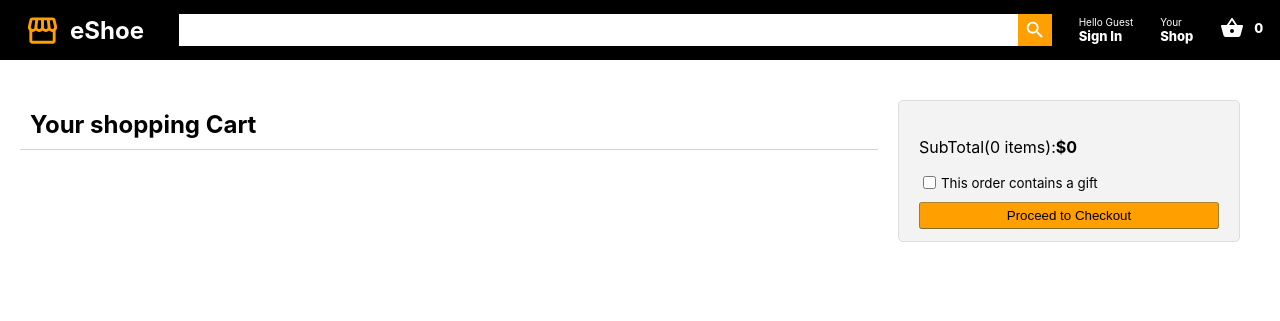
Repository: sandeepreddyvitta/react
Page: /checkout (app in eshop/)
An editor plug-in stored every save of this project. The page is shown before and after the next save, followed by the edit.
The browser window is 1280 px wide. The pictures show the whole page.
The project was rebuilt for these pictures with package versions that can differ from the ones it lists, and the page was loaded fresh each time. Also part of the build but not shown: eshop/src/components/products/product.scss, eshop/src/components/products/Product.js, eshop/src/components/home/home.scss, eshop/src/components/home/Home.js, eshop/src/components/checkOut/checkoutproduct.scss, eshop/src/components/checkOut/CheckOutProduct.js.

Above is the page before, as saved 2022-12-06 09:19:07.

### eshop/public/index.html
<!DOCTYPE html>
<html lang="en">

<head>
  <meta charset="utf-8" />
  <link rel="icon" href="%PUBLIC_URL%/favicon.ico" />
  <meta name="viewport" content="width=device-width, initial-scale=1" />
  <meta name="theme-color" content="#000000" />

  <title>React App</title>
</head>

<body>
  <noscript>You need to enable JavaScript to run this app.</noscript>
  <div id="root"></div>
</body>

</html>

### eshop/src/index.js
import React from 'react';
import ReactDOM from 'react-dom/client';
import './index.css';
import App from './App';
import reportWebVitals from './reportWebVitals';
import rootReducer, { initialState } from './components/data/reducer';
import { StateProvider } from './components/data/StateProvider';

const root = ReactDOM.createRoot(document.getElementById('root'));
root.render(
  <React.StrictMode>
    <StateProvider initialState={initialState} reducer={rootReducer}>
      <App />
    </StateProvider>
  </React.StrictMode>
);


reportWebVitals();

### eshop/src/App.js
import React, { Children } from 'react'
import Home from './components/home/Home';
import NavBar from './components/navbar/NavBar';
import CheckOut from './components/checkOut/CheckOut'
import { createBrowserRouter, RouterProvider, Route, Outlet } from 'react-router-dom'


function App() {
  const Layout = () => {
    return (
      <div>
        <NavBar />
        <>
          <Outlet />
        </>
      </div>
    )
  }

  const router = createBrowserRouter([
    {
      path: "/",
      element: <Layout />,
      children: [
        {
          path: '/',
          element: <Home />
        },
        {
          path: "/checkout",
          element: <CheckOut />
        }
      ]
    },
  ])
  return (
    <div className="App">
      <RouterProvider router={router} />
    </div>
  );
}

export default App;

### eshop/src/components/data/reducer.js
export const initialState = {
    basket: []
}

const rootReducer = (state = initialState, action) => {
    switch (action.type) {
        case "Add_To_Basket":
            return {
                ...state, basket: [...state.basket, action.item],
            }
        default:
            return { ...state }

    }

}

export default rootReducer;

### eshop/src/components/data/StateProvider.js
import React, { createContext, useContext, useReducer } from 'react'

export const StateContext = createContext();

export const StateProvider = ({ reducer, initialState, children }) => (
    <StateContext.Provider value={useReducer(reducer, initialState)}>
        {children}
    </StateContext.Provider>
);

export const useStateValue = () => useContext(StateContext);

### eshop/src/components/navbar/NavBar.js
import './navbar.scss'
import ShoppingBasketIcon from '@mui/icons-material/ShoppingBasket';
import StorefrontIcon from '@mui/icons-material/Storefront';
import SearchIcon from '@mui/icons-material/Search';
import { Link } from 'react-router-dom'
import { useStateValue } from '../data/StateProvider';
const NavBar = () => {
    const [{ basket }, dispatch] = useStateValue();
    return (
        <div className='navBar'>
            <Link to='/' style={{ textDecoration: "none" }}>
                <div className='headerLogo'>
                    <StorefrontIcon fontSize='large' className='storeIcon' />
                    <h2 className="title">eShoe</h2>
                </div>

            </Link>
            <div className='searchBar'>
                <input type="text" className='searchBarInput' />
                <SearchIcon className='searchIcon' />
            </div>
            <div className='userItems'>
                <div className='headerItem'>
                    <span className='nav_itemOne'>Hello Guest</span>
                    <span className='nav_itemTwo'>Sign In</span>
                </div>
                <div className='headerItem'>
                    <span className='nav_itemOne'>Your</span>
                    <span className='nav_itemTwo'>Shop</span>
                </div>
                <div className='headerItem'>
                    <Link to="/checkout" style={{ textDecoration: "none" }}>
                        <div className='basket'>
                            <ShoppingBasketIcon className='basketIcon' />
                            <span className='nav_itemTwo'>{basket.length}</span>
                        </div>
                    </Link>
                </div>
            </div>
        </div >
    )
}

export default NavBar

### eshop/src/components/checkOut/CheckOut.js
import './checkout.scss'
import CheckOutProduct from './CheckOutProduct'
import SubTotal from './SubTotal'
import { useStateValue } from '../data/StateProvider'

const CheckOut = () => {
    const [{ basket }, dispatch] = useStateValue();
    return (
        <div className='checkout'>
            <div className='checkoutLeft'>
                <h2 className='title'>Your shopping Cart</h2>
                {
                    basket.map(i => (
                        <CheckOutProduct
                            id={i.id}
                            title={i.title}
                            img={i.img}
                            rating={i.rating}
                            price={i.price} />
                    ))
                }
            </div>
            <div className='checkoutRight'>
                <SubTotal />
            </div>
        </div>
    )
}

export default CheckOut

### eshop/src/components/navbar/navbar.scss
.navBar{
    height: 60px;
    display: flex;
    align-items: center;
    background-color: black;
    color: white;
    position: sticky;
    z-index: 2;
    top:0;
    .headerLogo{
        display: flex;
        flex:1;
        align-items:center;
        color:#ff9f00;
        margin: 0px 25px;
        .storeIcon{
            margin-right: 10px;
        }
        .title{
            text-decoration: none;
            color:white;
            border: 0;
        }
    }
    .searchBar{
        display: flex;
        flex:4;
        align-items:center;
        border-radius: 24px;
        margin: 0 10px;
        .searchBarInput{

            height: 12px;
            padding: 10px;
            border: none;
            width: 100%;
        }
        .searchIcon{
            height:22px;
            padding: 5px;
            background-color:#ff9f00;
            cursor: pointer;
        }
    }
    .userItems{
        display: flex;
        flex: 1;
        justify-content: space-evenly;
        .headerItem{
            display: flex;
            flex-direction: column;
            margin: 0px 10px;
            color:white;
            .nav_itemOne{
                font-size: 10px;
            }
            .nav_itemTwo{
                font-size: 13px;
                font-weight: 800;
            }
            .basket{
                display: flex;
                align-items:center;
                color:white;
                .basketIcon{
                    margin-right: 10px;
                }
            }
        }
    }
}

### eshop/src/components/checkOut/checkout.scss
.checkout{
    display: flex;
    padding: 20px;
    height: max-content;
    background-color:white;
    .checkoutLeft{
        flex:3;
        .title{
            padding: 10px;
            border-bottom: 1px solid lightgray;
            display: flex;
            flex-direction: column;
        }

    }
    .checkoutRight{
        flex:1;
        display: flex;
        flex-direction: column;
        padding: 20px;
    }

}

### eshop/src/components/checkOut/SubTotal.js
import './subtotal.scss'
import CurrencyFormat from 'react-currency-format'

const SubTotal = () => {
    return (
        <div className='subtotal'>
            <CurrencyFormat
                renderText={(value) => (
                    <>
                        <p>SubTotal(0 items):<strong>$0</strong></p>
                        <small className='gift'>
                            <input type="checkbox" />This order contains a gift
                        </small>
                    </>
                )}
                decimalScale={2}
                value={0}
                displayType={"text"}
            />
            <button>Proceed to Checkout</button>
        </div>
    )
}

export default SubTotal

### eshop/src/components/checkOut/subtotal.scss
.subtotal{
    display: flex;
    flex-direction: column;
    justify-content: space-between;
    width: 300px;
    height: 100px;
    background-color:#f3f3f3;
    padding: 20px;
    border: 1px solid #dddddd;
    border-radius: 5px;
    .gift{
        display: flex;
        align-items: center;
        input{
            margin-right: 5px;
        }
    }
    button{
        background: #ff9f00;
        border:1px solid;
        border-color: #a88734 #9c7e31 #846a29;
        color:black;
        cursor:pointer;
        border-radius:3px;
        padding: 5px;
        margin-top: 10px;
    }
}

Loaded but not shown: eshop/src/index.css (common file); eshop/src/reportWebVitals.js (common file)

After the next save:
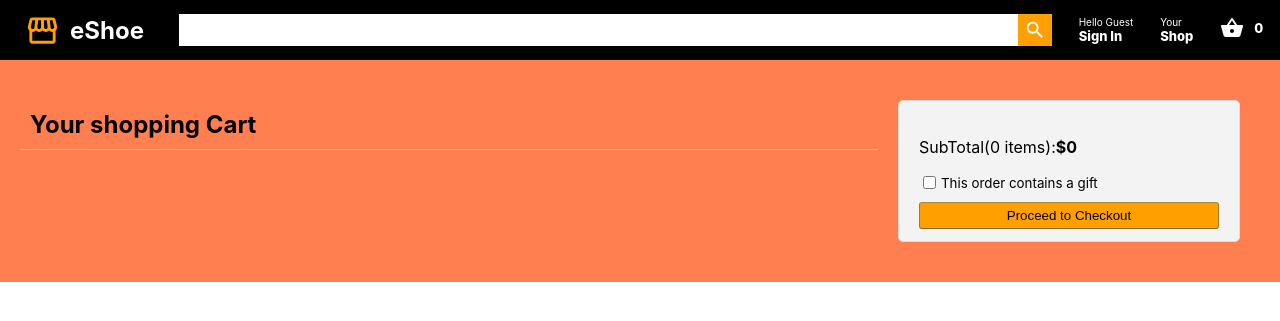
Saved 4 min 10 s later.
--- a/eshop/src/components/checkOut/checkout.scss
+++ b/eshop/src/components/checkOut/checkout.scss
@@ -2,7 +2,7 @@
     display: flex;
     padding: 20px;
     height: max-content;
-    background-color:white;
+    background-color:coral;
     .checkoutLeft{
         flex:3;
         .title{
